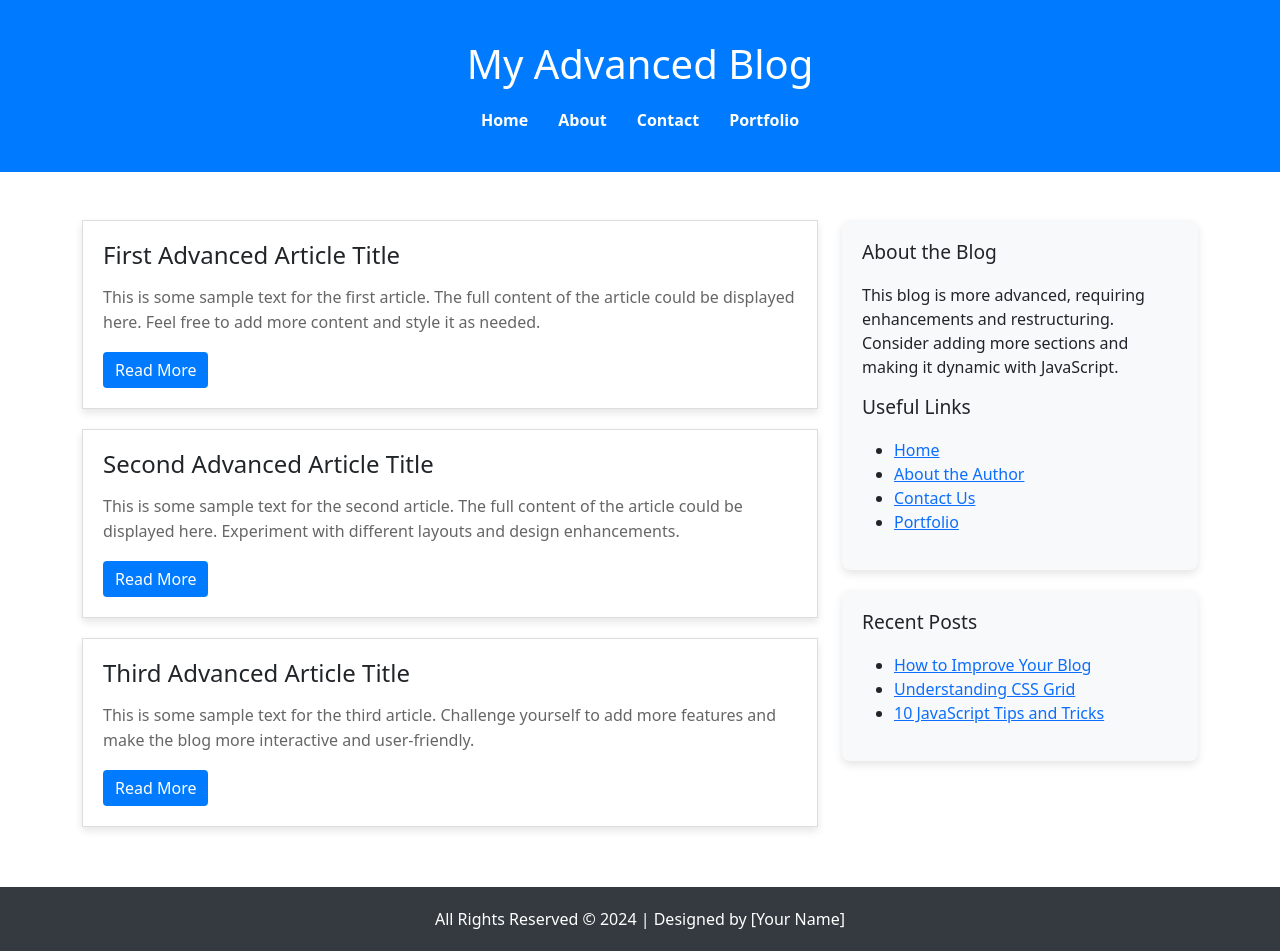
Repository: zeinawady/Blog-Code-Refactoring
Page: index.html
The author's editor kept a copy of each file at every save. The page is drawn from the files as they stood at one save, then again after a run of saves.
The browser window is 1280 px wide. The pictures show the whole page.

Above is the page before, as saved 2024-09-23 13:51:47.

### index.html
<!DOCTYPE html>
<html lang="en">
  <head>
    <meta charset="UTF-8" />
    <meta name="viewport" content="width=device-width, initial-scale=1.0" />
    <title>My Advanced Blog</title>
    <link rel="stylesheet" href="style.css">
    <link
      href="https://cdn.jsdelivr.net/npm/bootstrap@5.1.3/dist/css/bootstrap.min.css"
      rel="stylesheet"
    />

  </head>
  <body>
    <header>
      <h1>My Advanced Blog</h1>
      <nav>
        <a href="#">Home</a>
        <a href="#">About</a>
        <a href="#">Contact</a>
        <a href="#">Portfolio</a>
      </nav>
    </header>

    <div class="container mt-5">
      <div class="row">
        <div class="col-md-8">
          <article>
            <h2>First Advanced Article Title</h2>
            <p>
              This is some sample text for the first article. The full content
              of the article could be displayed here. Feel free to add more
              content and style it as needed.
            </p>
            <button class="btn btn-primary">Read More</button>
          </article>
          <article>
            <h2>Second Advanced Article Title</h2>
            <p>
              This is some sample text for the second article. The full content
              of the article could be displayed here. Experiment with different
              layouts and design enhancements.
            </p>
            <button class="btn btn-primary">Read More</button>
          </article>
          <article>
            <h2>Third Advanced Article Title</h2>
            <p>
              This is some sample text for the third article. Challenge yourself
              to add more features and make the blog more interactive and
              user-friendly.
            </p>
            <button class="btn btn-primary">Read More</button>
          </article>
        </div>
        <div class="col-md-4">
          <aside>
            <h3>About the Blog</h3>
            <p>
              This blog is more advanced, requiring enhancements and
              restructuring. Consider adding more sections and making it dynamic
              with JavaScript.
            </p>
            <h3>Useful Links</h3>
            <ul>
              <li><a href="#">Home</a></li>
              <li><a href="#">About the Author</a></li>
              <li><a href="#">Contact Us</a></li>
              <li><a href="#">Portfolio</a></li>
            </ul>
          </aside>
          <aside>
            <h3>Recent Posts</h3>
            <ul>
              <li><a href="#">How to Improve Your Blog</a></li>
              <li><a href="#">Understanding CSS Grid</a></li>
              <li><a href="#">10 JavaScript Tips and Tricks</a></li>
            </ul>
          </aside>
        </div>
      </div>
    </div>

    <div class="footer">
      <p>All Rights Reserved © 2024 | Designed by [Your Name]</p>
    </div>

    <script src="https://cdn.jsdelivr.net/npm/bootstrap@5.1.3/dist/js/bootstrap.bundle.min.js"></script>
  </body>
</html>

### style.css
body {
    font-family: Arial, sans-serif;
    background-color: #f4f4f9;
  }
  header {
    background-color: #007bff;
    color: white;
    padding: 40px 0;
    text-align: center;
    position: relative;
  }
  header::after {
    content: "";
    position: absolute;
    bottom: -20px;
    left: 50%;
    transform: translateX(-50%);
    width: 100px;
    height: 5px;
    background-color: white;
  }
  nav {
    display: flex;
    justify-content: center;
    margin-top: 20px;
  }
  nav a {
    color: white;
    margin: 0 15px;
    text-decoration: none;
    font-weight: bold;
  }
  nav a:hover {
    text-decoration: underline;
  }
  article {
    border: 1px solid #ddd;
    margin-bottom: 20px;
    padding: 20px;
    background-color: white;
    box-shadow: 0 4px 8px rgba(0, 0, 0, 0.1);
    transition: transform 0.3s ease, box-shadow 0.3s ease;
  }
 artcile:hover {
    transform: translateY(-5px);
    box-shadow: 0 8px 16px rgba(0, 0, 0, 0.2);
  }
  article h2 {
    font-size: 1.5rem;
    margin-bottom: 15px;
  }
  article p {
    color: #666;
    line-height: 1.6;
  }
  article .btn-primary {
    background-color: #007bff;
    border: none;
  }
  article .btn-primary:hover {
    background-color: #0056b3;
  }
  aside {
    background-color: #f8f9fa;
    padding: 20px;
    border-radius: 8px;
    box-shadow: 0 4px 8px rgba(0, 0, 0, 0.1);
    margin-bottom: 20px;
  }
  aside h3 {
    margin-bottom: 20px;
    font-size: 1.2rem;
  }
  .sidebar ul {
    list-style-type: none;
    padding-left: 0;
  }
  .sidebar ul li {
    margin-bottom: 10px;
  }
  .sidebar ul li a {
    color: #007bff;
    text-decoration: none;
  }
  .sidebar ul li a:hover {
    text-decoration: underline;
  }
  .footer {
    background-color: #343a40;
    color: white;
    text-align: center;
    padding: 20px;
    margin-top: 40px;
  }
  .footer p {
    margin: 0;
  }

After the next 4 saves:
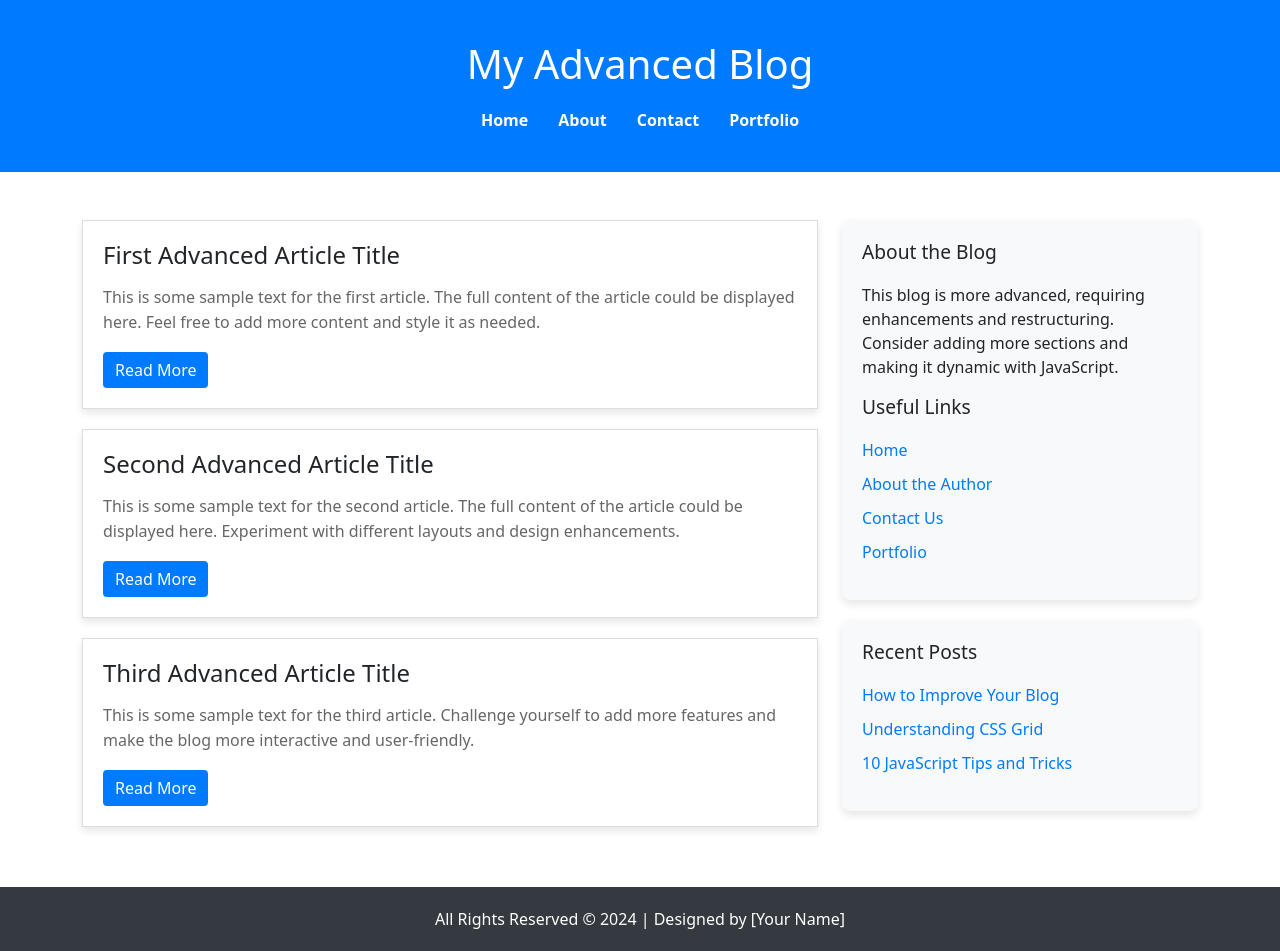
The 4 saves are shown as one change because they came seconds apart.
The last was saved 17 s later.
--- a/style.css
+++ b/style.css
@@ -71,18 +71,18 @@ body {
     margin-bottom: 20px;
     font-size: 1.2rem;
   }
-  .sidebar ul {
+  aside ul {
     list-style-type: none;
     padding-left: 0;
   }
-  .sidebar ul li {
+  aside ul li {
     margin-bottom: 10px;
   }
-  .sidebar ul li a {
+  aside ul li a {
     color: #007bff;
     text-decoration: none;
   }
-  .sidebar ul li a:hover {
+  aside ul li a:hover {
     text-decoration: underline;
   }
   .footer {
